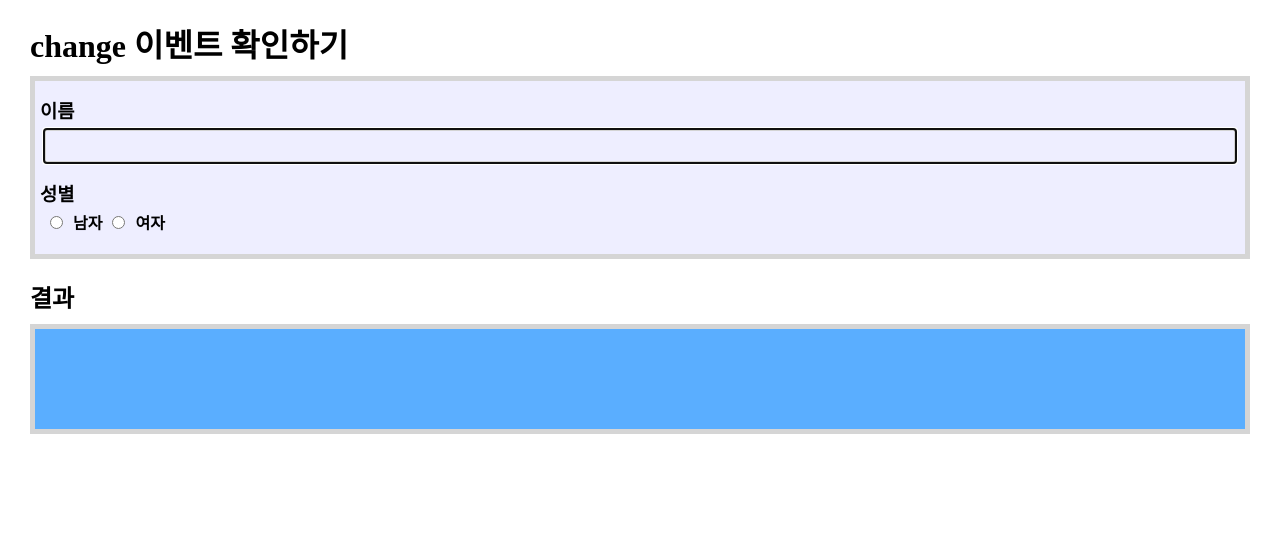
Repository: rwanda95do/bitcamp
Page: jQuery/src/main/webapp/02_jQueryEvent/exam09.html
These files come from the project's save history. The page is drawn as it stood at one moment and after the next save; the edit follows.
The browser window is 1280 px wide. The pictures show the whole page.

Above is the page before, as saved 2024-08-23 01:22:59.

### jQuery/src/main/webapp/02_jQueryEvent/exam09.html
<!DOCTYPE html>
<html>
<head>
<meta charset="UTF-8">
<title>Insert title here</title>
<link rel="stylesheet" href="../css/event.css">


</head>
<body>
	<h1>change 이벤트 확인하기</h1>
	<div id="input">
		<h3>이름</h3>
		<input type="text" name="user_namr" />

		<h3>성별</h3>
		<label><input type="radio" name="gender" value="man"/>남자</label>
		<label><input type="radio" name="gender" value="woman"/>여자</label>
	</div>

	<h2>결과</h2>
	<div id="result"></div>

<script type="text/javascript" src="http://code.jquery.com/jquery-3.7.1.min.js"></script>
<script type="text/javascript">

$(function () {	// <body>를 다 읽은 후에 실행
	let count = 0;

	$('#input > input[type="text"]').focus();

	$('#input > input[type="text"]').focus(function() {
		$('#result').html('포커스가 들어갔다')
	});

	$('#input > input[type="text"]').blur(function() {
		$('#result').html('포커스가 나갔다')
	});
});
</script>

</body>
</html>



<!--
.keypress는 대소문자 구별
-->

### jQuery/src/main/webapp/css/event.css
@charset "UTF-8";



* {
    padding: 0;
    margin: 10px;
}
#input, #result {
    border: 5px solid #D5D5D5;
    text-align: center;
    width: auto;
    font-weight: bold;
}
#input {
    background: #eef;
    padding: 5px;
}
#input:after {
    content: '';
    display: block;
    float: none;
    clear: both;
}
#input > input, #input > select, #input > div, #input > button, #input > div > button {
    width: 99%;
    text-align: center;
    display: block;
    font-size: 17px;
    color: #222;
    background: #eef;
    border: 3px solid #d3d3d3;
    margin: 5px auto;
    padding: 5px 0;
}
#input > h3 {
    text-align: left;
    margin: 0;
    padding: 10px 0 0 0;
}
#input > h3:before {
    content: '';
    display: block;
    float: none;
    clear: both;
}
#input > label {
    margin: 0;
    padding: 0;
    display: block;
    float: left;
    padding-bottom: 10px;
}
#input > label > input {
    width: auto !important;
    display: inline;
}
#input .myButton {
    box-shadow: inset 0px 1px 0px 0px #54a3f7; /* inset : 박스 안쪽의 그림자 */
    background: linear-gradient(to bottom, #007dc1 5%, #0061a7 100%);
    /* background-color: #007dc1; */
    border-radius: 3px;
    border: 1px solid #124d77;
    display: inline-block;
    color: #ffffff;
    font-family: arial;
    font-size: 15px;
    font-weight: normal;
    padding: 6px 24px;
    text-decoration: none;
    text-shadow: 0px 1px 0px #154682;
}
#input .myButton:hover {
    background: linear-gradient(to bottom, #0061a7 5%, #007dc1 100%);
    background-color: #0061a7;
}
#input .myButton:active {
    position: relative;
    top: 1px;
}

h2 {
    padding-top: 10px;
}
#result {
    padding: 50px;
    font-size: 17px;
    color: #500;
    background: #5AAEFF;
}

After the next save:
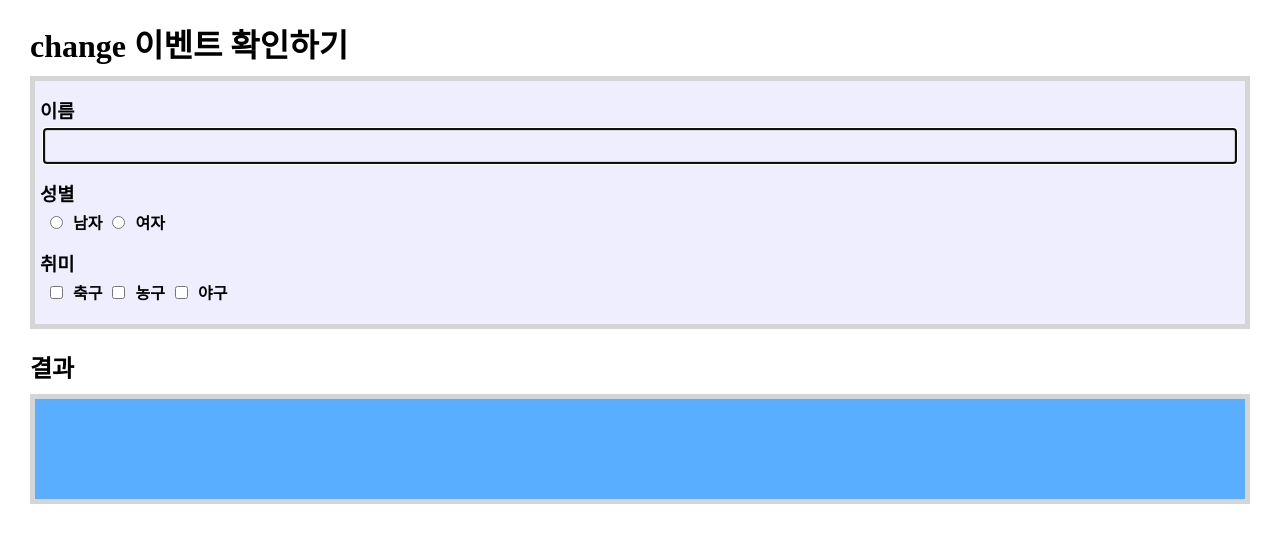
Saved 19 s later.
--- a/jQuery/src/main/webapp/02_jQueryEvent/exam09.html
+++ b/jQuery/src/main/webapp/02_jQueryEvent/exam09.html
@@ -16,6 +16,12 @@
 		<h3>성별</h3>
 		<label><input type="radio" name="gender" value="man"/>남자</label>
 		<label><input type="radio" name="gender" value="woman"/>여자</label>
+
+		<h3>취미</h3>
+		<label><input type="checkbox"  name="hobby" value="축구"/>축구</label>
+		<label><input type="checkbox"  name="hobby" value="농구"/>농구</label>
+		<label><input type="checkbox"  name="hobby" value="야구"/>야구</label>
+
 	</div>
 
 	<h2>결과</h2>
